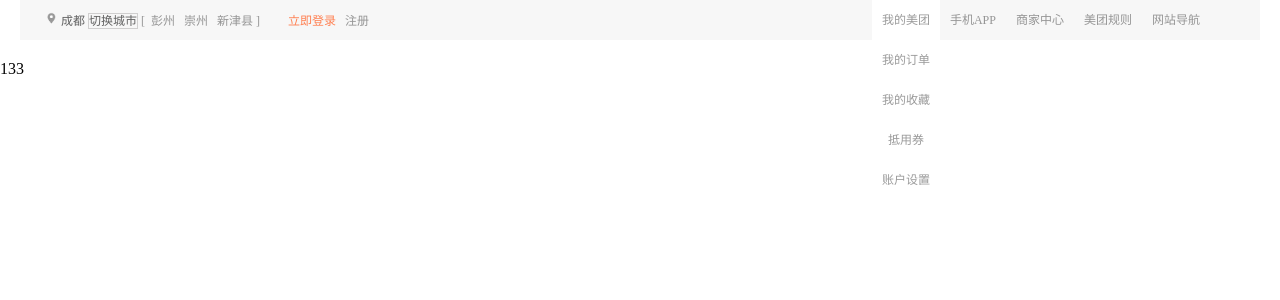
Repository: buddy-fallinlove/Meituan
Page: /
These files come from the project's save history. The page is drawn as it stood at one moment and after the next save; the edit follows.
The browser window is 1280 px wide. The pictures show the whole page.
The pointer rests on the first visible `.has-child:not(:nth-child(2))`.
The project was rebuilt for these pictures with package versions that can differ from the ones it lists, and the page was loaded fresh each time. Also part of the build but not shown: vue.config.js.

Above is the page before, as saved 2020-08-20 16:23:37.

After the next save:
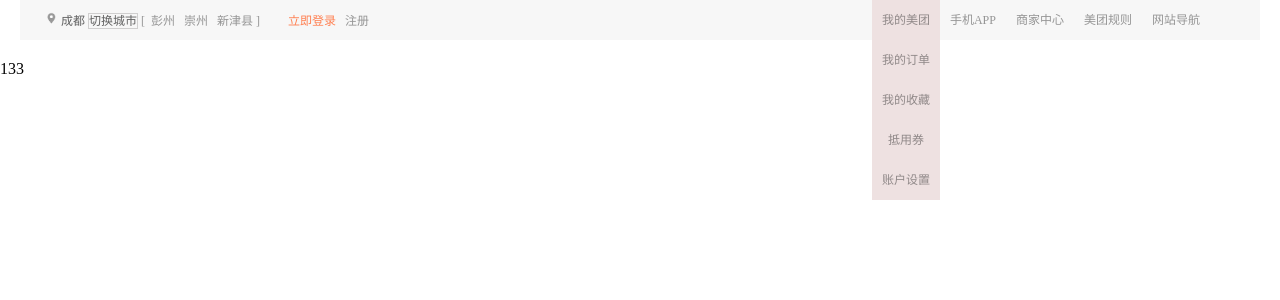
Saved 19 s later.
--- a/src/components/layout1/top.vue
+++ b/src/components/layout1/top.vue
@@ -408,7 +408,7 @@
 .has-child:not(:nth-child(2)):hover,
 .has-child:not(:nth-child(2)):hover ul,
 .has-child:not(:nth-child(2)):hover div {
-  background-color: white;
+  background-color: rgb(238, 225, 225);
 
 }
 

After the save that followed:
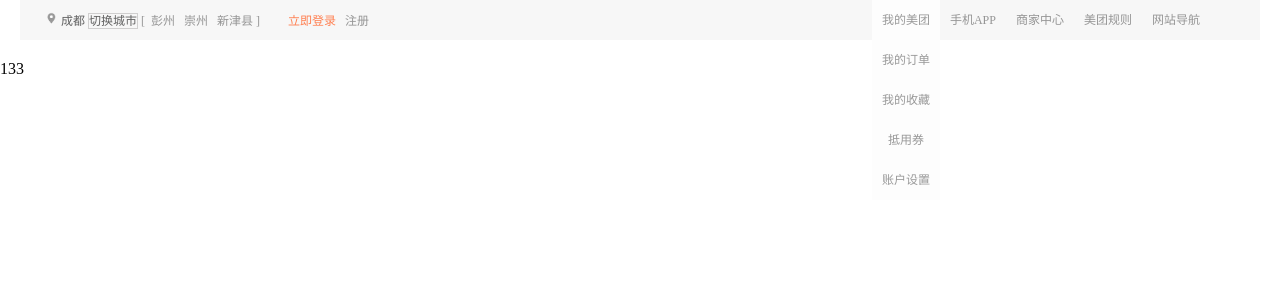
Saved 21 s later.
--- a/src/components/layout1/top.vue
+++ b/src/components/layout1/top.vue
@@ -408,7 +408,7 @@
 .has-child:not(:nth-child(2)):hover,
 .has-child:not(:nth-child(2)):hover ul,
 .has-child:not(:nth-child(2)):hover div {
-  background-color: rgb(238, 225, 225);
+  background-color: rgb(253, 253, 253);
 
 }
 
